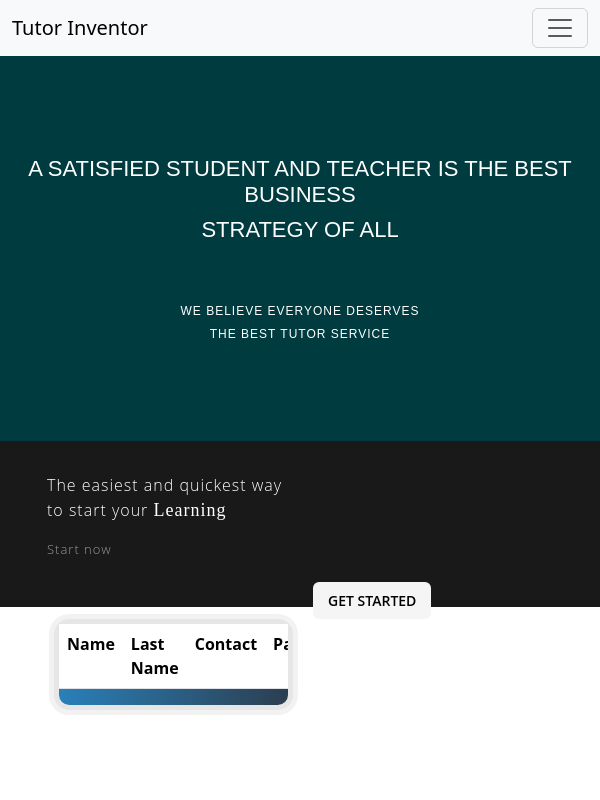
Repository: shailesh89-art/E-tutor-springboot-hibernate
Page: http://localhost/TUTOR_INVENTOR_1/pages/parent_Admin_edit.jsp
These files come from the project's save history. The page is drawn as it stood at one moment and after the next save; the edit follows.
The browser window is 600 px wide. The pictures show the whole page.
Some web libraries are served in a nearby version. The page is served by Tomcat 9. The template is opened directly, without the code that normally fills it, so the values that code supplies are empty.

Above is the page before, as saved 2023-05-03 13:58:48.

After the next save:
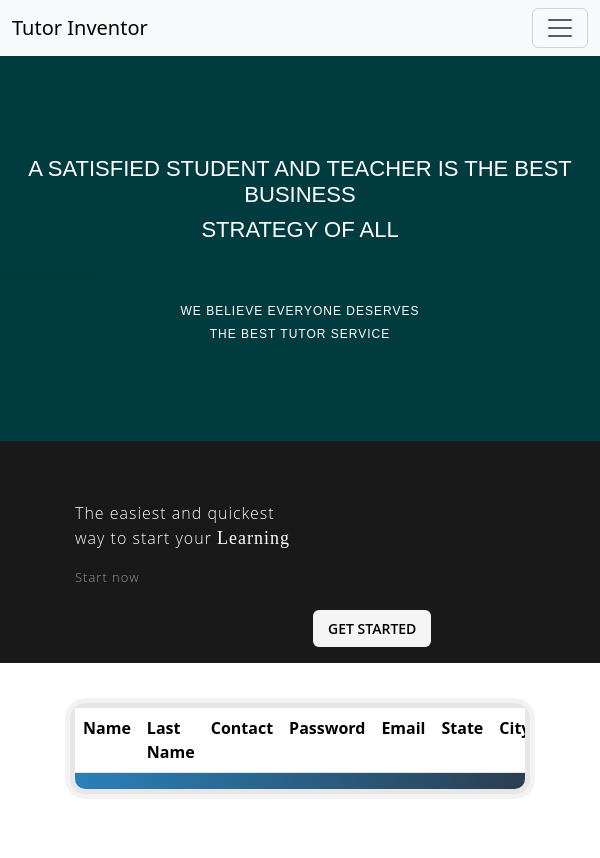
Saved 20 s later.
--- a/TUTOR_INVENTOR_1/src/main/webapp/pages/parent_Admin_edit.jsp
+++ b/TUTOR_INVENTOR_1/src/main/webapp/pages/parent_Admin_edit.jsp
@@ -376,7 +376,7 @@
     .panel .panel-heading .btn_group{ text-align: center; }
     .container{
 
-        padding: 17px;
+        padding: 45px;
     }
      #logo{
         width: 19%;
